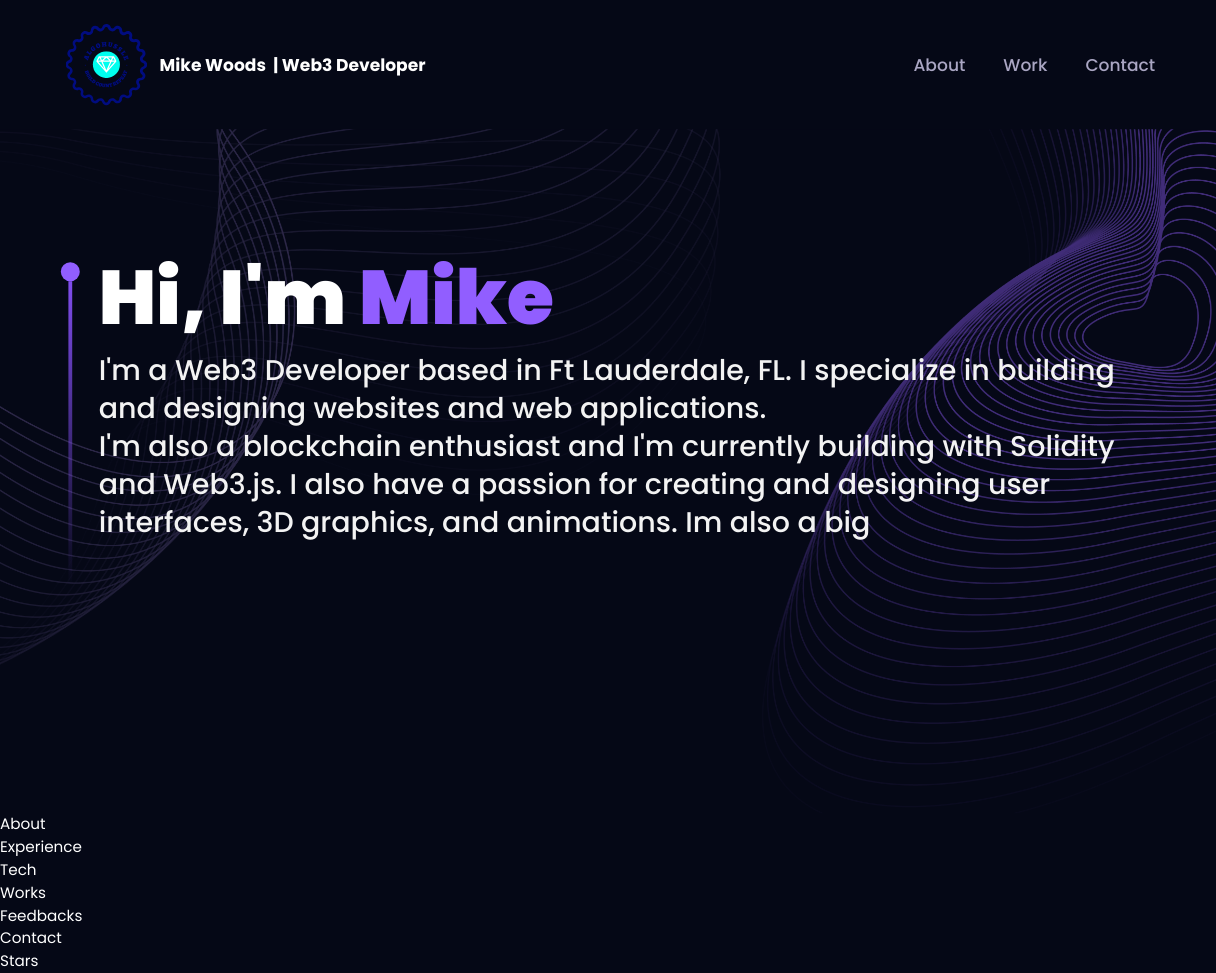
Repository: MikeeBuilds/3D-portfolio
Page: /
The author's editor kept a copy of each file at every save. The page is drawn from the files as they stood at one save, then again after a run of saves.
The browser window is 1280 px wide. The pictures show the whole page, at 95% of full size.
The project was rebuilt for these pictures with package versions that can differ from the ones it lists, and the page was loaded fresh each time. Also part of the build but not shown: vite.config.js, src/components/canvas/Earth.jsx, src/components/canvas/Ball.jsx, src/components/canvas/Computers.jsx.

Above is the page before, as saved 2023-03-04 15:07:40.

After the next 3 saves:
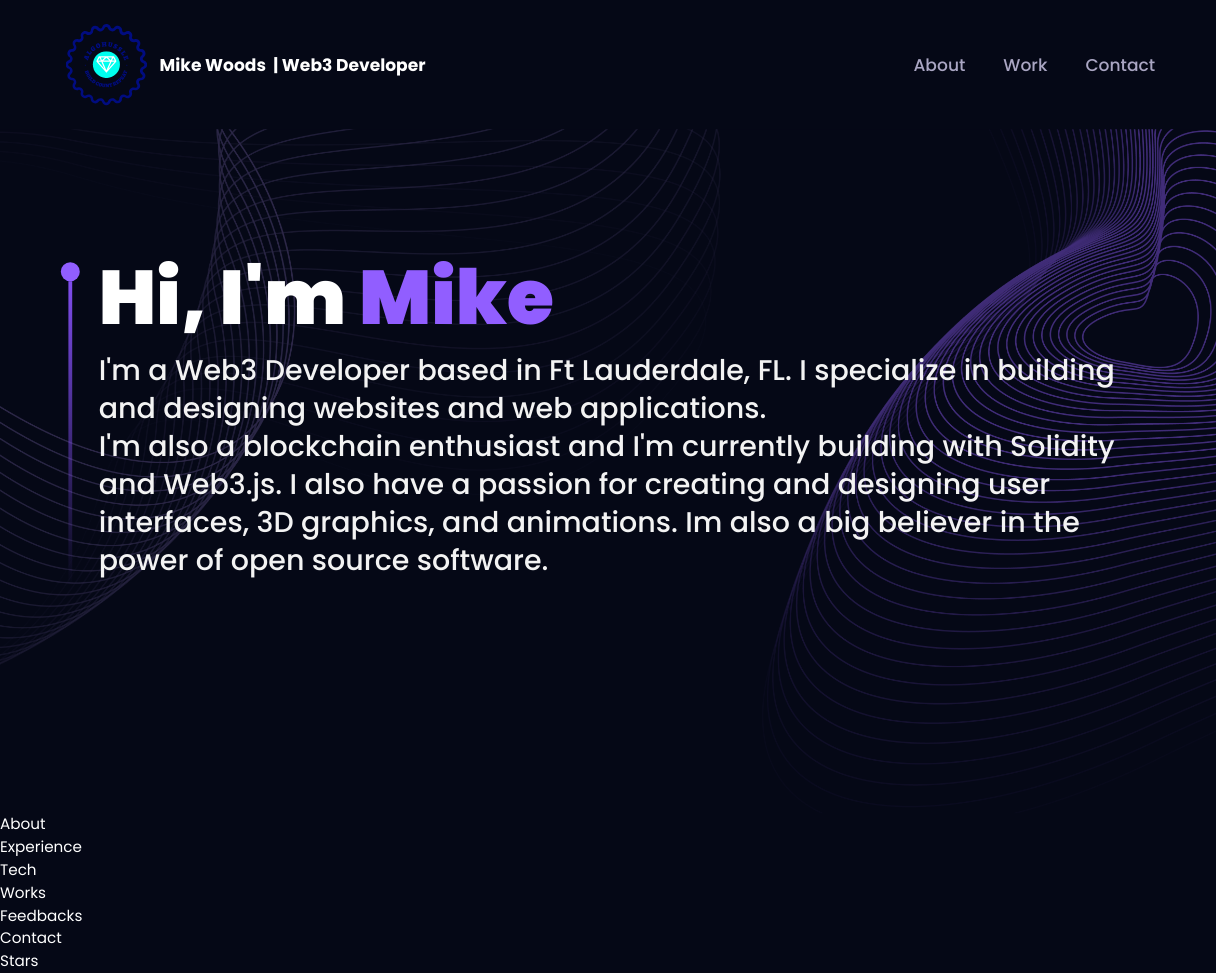
The 3 saves are shown as one change because they came seconds apart.
The last was saved 17 s later.
--- a/src/components/Hero.jsx
+++ b/src/components/Hero.jsx
@@ -21,7 +21,8 @@ const Hero = () => {
                 designing websites and web applications. <br className='sm:block hidden' /> I'm also a blockchain enthusiast and
                 I'm currently building with Solidity and Web3.js. I also have a passion for
                 creating and designing user interfaces, 3D graphics, and animations.
-                Im also a big
+                Im also a big believer in the power of open source software.
+
             </p>
           </div>
 
